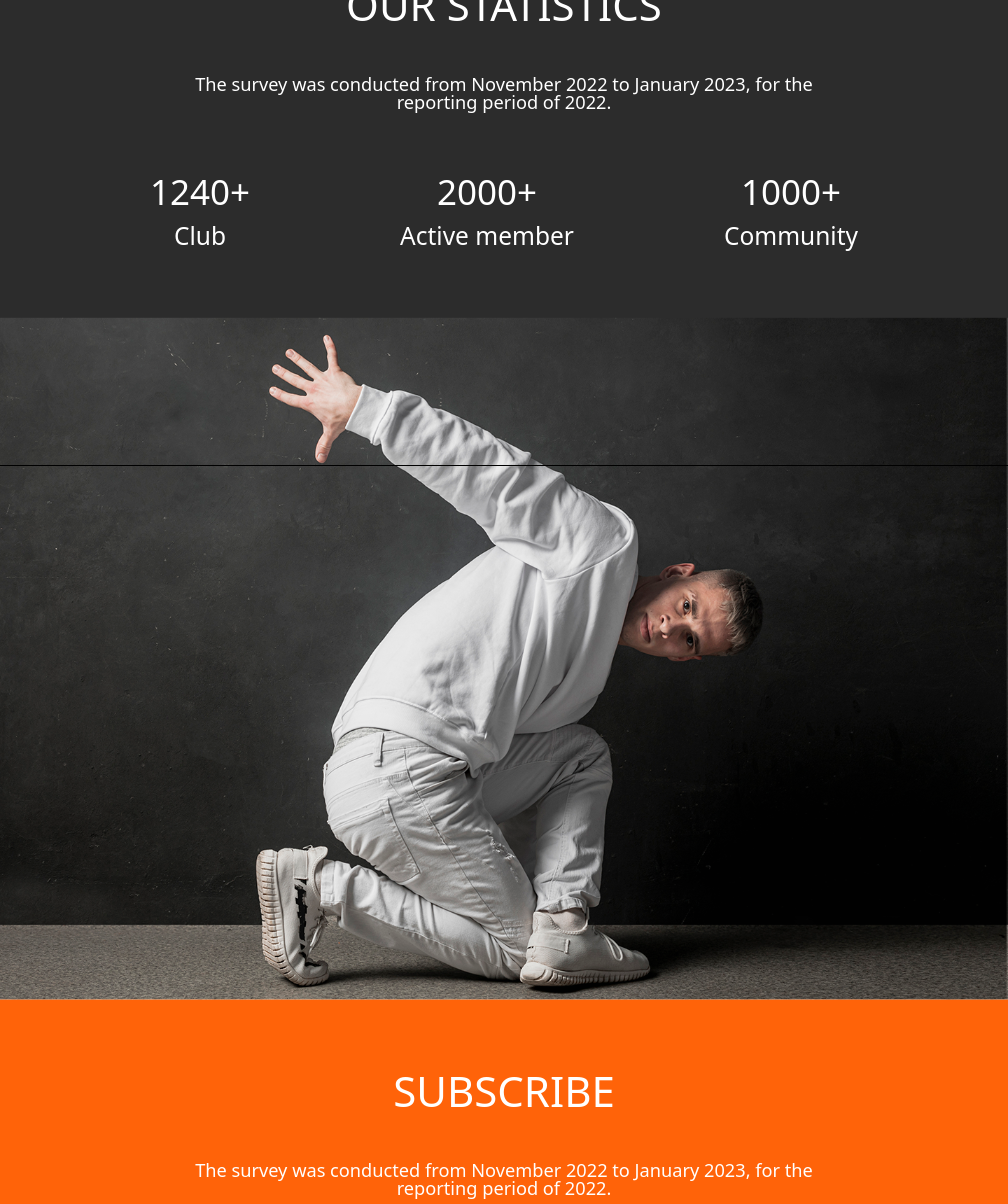
Repository: KinD2704/Web-University
Page: Bai30/index.html
These files come from the project's save history. The page is drawn as it stood at one moment and after the next save; the edit follows.
The browser window is 1280 px wide. The page is 1440 px wide, so the pictures cover 1440 px, including what lies to the right of the window. The pictures show the part of the page from y = 4780 to 6500 px (the page is 7257 px tall), at 70% of full size.

Above is the page before, as saved 2023-12-24 01:07:43.

After the next save:
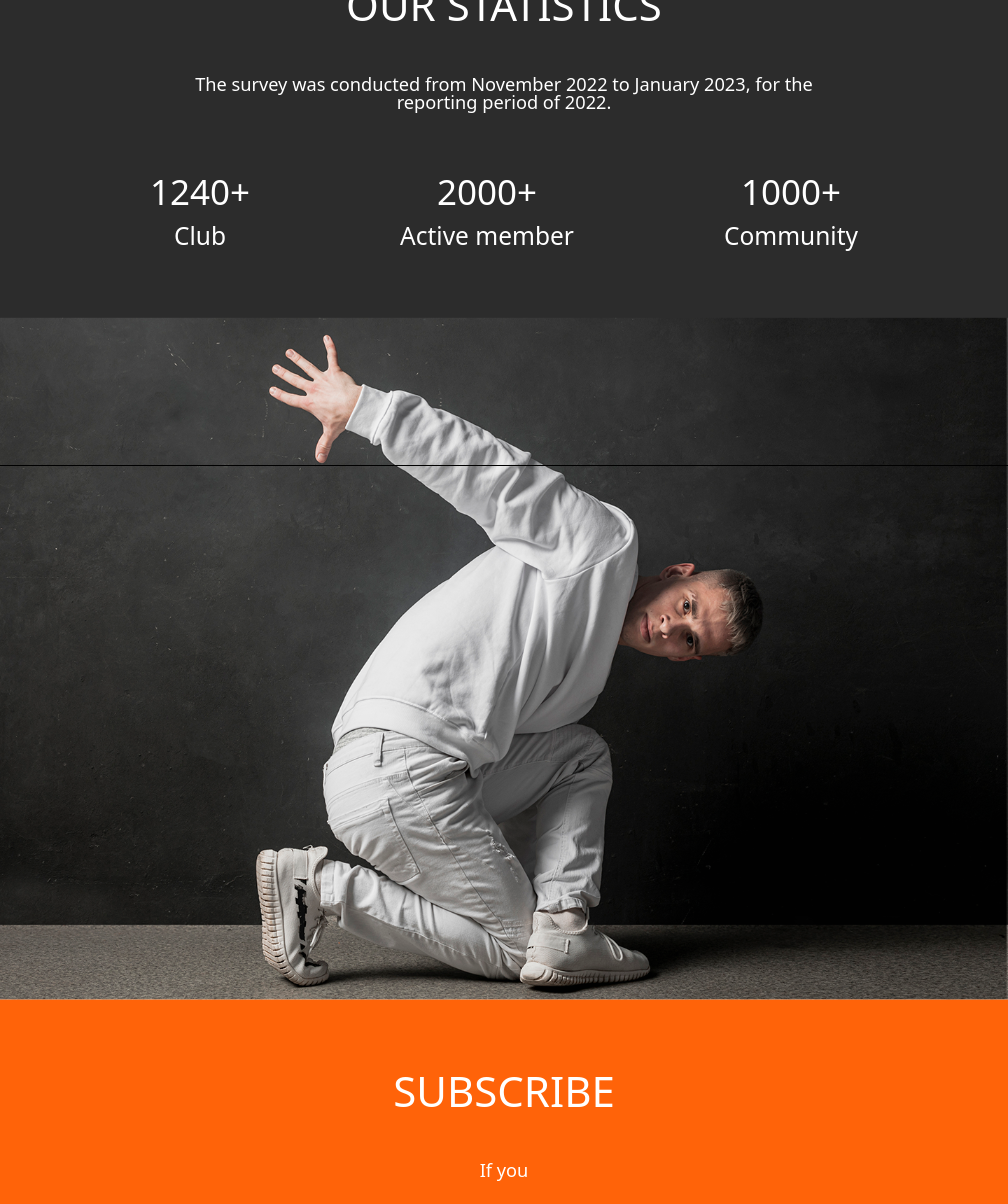
Saved 92 s later.
--- a/Bai30/index.html
+++ b/Bai30/index.html
@@ -179,8 +179,7 @@
                     </div>
                     <div class="banner2__text banner2__text2">
                         <p class="text-white">
-                            The survey was conducted from November 2022 to January
-                            2023, for the reporting period of 2022.
+                            If you
                         </p>
                     </div>
                     <div class="contact-email d-flex">
